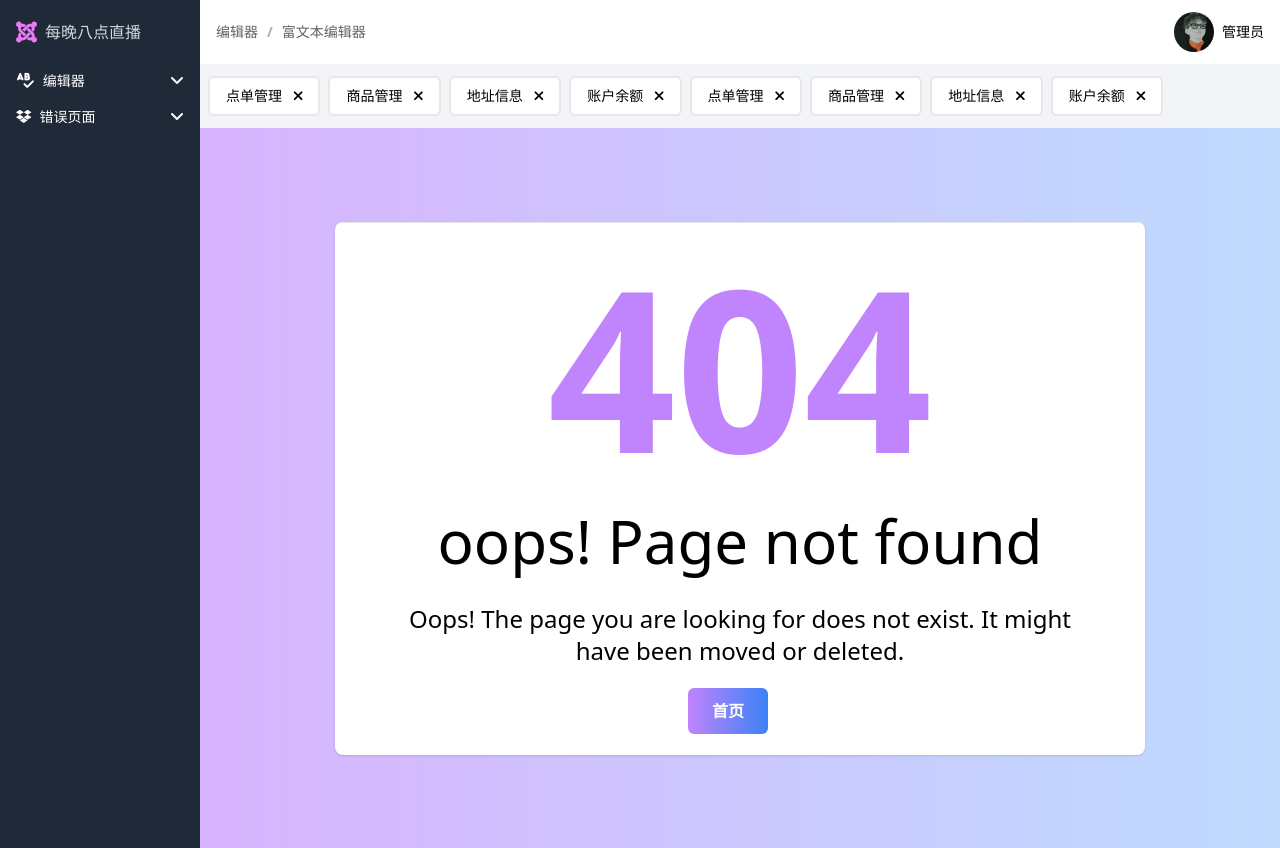
Repository: liangyingbo/vite-vue-TS
Page: /#/error/404
The author's editor kept a copy of each file at every save. The page is drawn from the files as they stood at one save, then again after a run of saves.
The browser window is 1280 px wide. The pictures show the whole page.
The project was rebuilt for these pictures with package versions that can differ from the ones it lists, and the page was loaded fresh each time. Also part of the build but not shown: vite.config.ts, src/components/form/HdButton.vue, src/components/form/HdInput.vue, src/components/form/hdLink.vue, src/styles/global.scss.

Above is the page before, as saved 2022-11-20 11:52:43.

### index.html
<!DOCTYPE html>
<html lang="en">
  <head>
    <meta charset="UTF-8" />
    <link rel="icon" type="image/svg+xml" href="/vite.svg" />
    <meta name="viewport" content="width=device-width, initial-scale=1.0" />
    <link href="https://cdn.bootcdn.net/ajax/libs/font-awesome/6.2.0/css/all.css" rel="stylesheet">
    <title>Vite + Vue + TS</title>
  </head>
  <body>
    <div id="app"></div>
    <script src="https://cdn.bootcdn.net/ajax/libs/echarts/5.4.0/echarts.min.js"></script>
    <script type="module" src="/src/main.ts"></script>
  </body>
</html>

### src/main.ts
import { createApp } from 'vue'
import router, { setupRouter } from '@/router'
import { setupPlugins } from '@/plugins'
import '@/styles/global.scss'
import App from './App.vue'

async function bootstrap() {
    const app = createApp(App)
    setupRouter(app)
    setupPlugins(app)
    await router.isReady()
    app.mount('#app')
}
bootstrap()

### src/router/index.ts
import { App } from 'vue';
import { createRouter, createWebHashHistory } from 'vue-router'
import routes from './routes';
import layoutRoutes from './autoLoad/index';
import guard from './guard';
const router = createRouter({
    history: createWebHashHistory(),
    routes : [...routes,...layoutRoutes]
})
export function setupRouter(app:App){

    guard(router)
    app.use(router)
}

export default router;

### src/plugins/index.ts
import { App } from "vue";
import setupElementPlus from "./elementPlusUI";
import setupPinia from "./pinia";
import { setupTailWindCssPlugin } from "./tailwindcss";

export function setupPlugins(app: App) {
    autoRegisterComponent(app)
    setupTailWindCssPlugin()
    setupElementPlus(app)
    setupPinia(app)
}



function autoRegisterComponent(app: App) {
    const components = import.meta.glob('../components/form/*.vue', { eager: true })
    Object.keys(components).forEach(key => {
        const name = key.split('/').pop()?.split('.')[0] as string

        app.component(name, components[key]?.default)

    })
}

### src/App.vue
<script setup lang="ts">

// import {info} from '@/apis/userApi'

//const response =  info()
// console.log(response.then(res=>res.data.age))
// console.log()

 </script>

 <template>

    <router-view ></router-view>
 </template>

<style scoped>
</style>

### src/router/routes.ts
import { RouteRecordRaw } from "vue-router"
 const routes = [
    {
        path:'/home',
        name:'home',
        component:() => import("@/views/home.vue"),
        meta:{auth:true}
    },
    {
        path:'/login',
        name:'login',
        component:() => import("@/views/auth/login.vue"),
        meta:{guest:true}
    }
]  as  RouteRecordRaw[]

export default routes

### src/router/autoLoad/index.ts
import { RouteRecordRaw } from "vue-router";
import autoLoadRoutesByModule from "./module";
import getRoutes from './view'

let routes = [] as RouteRecordRaw[];

if (import.meta.env.VITE_AUTOLOAD === true || import.meta.env.VITE_AUTOLOAD === 'true') {
    routes = getRoutes()
} else {
    routes = autoLoadRoutesByModule()
}
export default routes

### src/router/guard.ts
import { RouteLocationNormalized, Router } from "vue-router"
import { get } from '../utils/store'

class Guard {
    constructor(private router: Router) { }

    private forEach(to: RouteLocationNormalized, from: RouteLocationNormalized) {
        if (this.isLogin(to) === false) return { name: 'login' }
        if (this.isGuest(to) === false) return from
    }

    public run() { this.router.beforeEach(this.forEach.bind(this)) }

    private isLogin(route: RouteLocationNormalized) {
        console.log(route.meta)
        return Boolean(!route.meta.auth || (route.meta.auth && this.token()))
    }
    private isGuest(route: RouteLocationNormalized) {
        return Boolean(!route.meta.guest || (route.meta.guest && !this.token()))
    }

    private token(): string | null {
        const token = get('token')?.token
        return token
    }
}

export default (router: Router) => {
    new Guard(router).run()
}

### src/plugins/elementPlusUI/index.ts
import { App } from "vue";
import ElementPlus from 'element-plus'
import 'element-plus/dist/index.css'


export default function setupElementPlus(app: App) {
    app.use(ElementPlus)
}

### src/plugins/pinia/index.ts
import { App } from "vue";
import { createPinia } from 'pinia'

export default function setupPinia(app: App) {
    app.use(createPinia())
}

### src/plugins/tailwindcss/index.ts
import './tailwindcss.css'

export function setupTailWindCssPlugin(){

}

### src/router/autoLoad/module.ts
import { RouteRecordRaw } from "vue-router"

export default function autoLoadRoutesByModule() {
    const moduleRoute = import.meta.glob('../module/*.ts',{eager:true})
    const route = [] as RouteRecordRaw[]
    Object.keys(moduleRoute).forEach(key =>{
        route.push(moduleRoute[key]?.default)
    })
    return route
}

### src/router/autoLoad/view.ts
import { RouteRecordRaw } from "vue-router";


const layout = import.meta.glob('../../layouts/*vue')
const children = import.meta.glob('../../views/**/*.vue')

function getRoutes() {
    const layoutRoutes = [] as RouteRecordRaw[]
     Object.entries(layout).forEach(([file, module]) => {
        const route = getRouteByModule(file, module)
         route.children = getChildrenRoutes(route)
        layoutRoutes.push(route)
    })
    return layoutRoutes
}


// 根据布局路由匹配子路由
function getChildrenRoutes(layoutRoute: RouteRecordRaw) {
    const routes = [] as RouteRecordRaw[]
    Object.entries(children).forEach(([file, module]) => {
        if (file.includes(`../views/${layoutRoute.name as string}`)) {
            const route = getRouteByModule(file, module)
            routes.push(route)
        }
    })
    return routes
}

function getRouteByModule(file: string, module: () => Promise<unknown>) {
    const name = file.replace(/.+layouts\/|.+views\/|\.vue/gi, '')
    const route = {
        name: name.replace('/', '.'),
        path: `/${name}`,
        component: module
    } as RouteRecordRaw
    console.log(route)
    return route
}
export default getRoutes

### src/utils/store.ts

interface IData  {
    expire:number,
    [key: string]: any
}

function set(key: string,data:IData):void {
    if(data.expire){
        const now = new Date().getTime()
        data.expire = now + data.expire * 1000
        localStorage.setItem(key,JSON.stringify(data))
    }
}

function get(key:string):IData | null{
  const item = localStorage.getItem(key)
  if(item){
    const  data = JSON.parse(item)
    if(data?.expire){
            if(data.expire < new Date().getTime()){
                localStorage.removeItem(key)
                return null
            }
            return data
    }
    return null
  }
  return null
}

export  {set ,get}

### src/router/module/admin.ts
import { RouteRecordRaw } from "vue-router";

export default {
    name:'admin',
    path:'/admin',
    component: () => import('@/layouts/admin.vue'),
    meta:{auth:true},
    children:[
        {
            name:'admin/home',
            path:'home',
            component:() => import("@/views/admin/home.vue")
        }
    ]
} as RouteRecordRaw

### src/router/module/editor.ts
import { RouteRecordRaw } from "vue-router";

export default {
    name: 'editor',
    path: '/editor',
    component: () => import('@/layouts/editor.vue'),
    meta: { title: '编辑器', icon: 'fas fa-spell-check', show: true },
    children: [
        {
            name: 'editor/markdown',
            path: 'markdown',
            component: () => import("@/views/editor/markdown.vue"),
            meta: { title: 'markdown', show: true },
        },
        {
            name: 'editor/base',
            path: 'base',
            component: () => import("@/views/editor/base.vue")
        },
    ]
} as RouteRecordRaw

### src/router/module/errors.ts
import { RouteRecordRaw } from "vue-router";

export default {
    name: 'error',
    path: '/error',
    component: () => import('@/layouts/admin.vue'),
    meta: { show: true, title: '错误页面', icon: 'fab fa-dropbox' },
    children: [
        {
            name: 'error.404',
            path: '404',
            component: () => import("@/views/errors/404.vue"),
            meta: { show: true, title: '404页面', icon: 'fab fa-dropbox' },
        },
        {
            name: 'error.403',
            path: '403',
            component: () => import("@/views/errors/403.vue")
        },
        {
            name: 'error.500',
            path: '500',
            component: () => import("@/views/errors/500.vue")
        }
    ]
} as RouteRecordRaw

### src/layouts/admin.vue
<template>
  <div class="admin w-screen min-h-screen flex overflow-hidden">
    <menu-component class="hidden md:block"/>
    <div class="bg-gray-100 flex-1">
      <navbar />
      <HistoryLink class="hidden md:block"/>
      <div class="mt-3 px">
        <router-view></router-view>
      </div>
    </div>
  </div>
</template>

<script lang="ts" setup>
import HistoryLink from "./admin/historyLink.vue";
import menuComponent from "./admin/menu.vue";
import navbar from "./admin/navbar.vue";
</script>

<style lang="scss" scoped></style>

### src/views/errors/404.vue
<template>
    <div>
    <div class="bg-gradient-to-r from-purple-300 to-blue-200">
      <div class="m-auto flex min-h-screen w-9/12 items-center justify-center py-16">
        <div class="overflow-hidden bg-white pb-8 shadow sm:rounded-lg">
          <div class="border-t border-gray-200 pt-8 text-center">
            <h1 class="text-9xl font-bold text-purple-400">404</h1>
            <h1 class="py-8 text-6xl font-medium">oops! Page not found</h1>
            <p class="px-12 pb-8 text-2xl font-medium">
              Oops! The page you are looking for does not exist. It might have been moved or
              deleted.
            </p>
            <router-link
              class="mr-6 rounded-md bg-gradient-to-r from-purple-400 to-blue-500 px-6 py-3 font-semibold text-white hover:from-pink-500 hover:to-orange-500"
            >
            首页
            </router-link>

          </div>
        </div>
      </div>
    </div>

    </div>
</template>

<script lang="ts" setup></script>

<style lang="scss" scoped>
    .text-9xl {
        font-size: 14rem;
      }
      @media (max-width: 645px) {
        .text-9xl {
          font-size: 5.75rem;
        }
        .text-6xl {
          font-size: 1.75rem;
        }
        .text-2xl {
          font-size: 1rem;
          line-height: 1.2rem;
        }
        .py-8 {
          padding-top: 1rem;
          padding-bottom: 1rem;
        }
        .px-6 {
          padding-left: 1.2rem;
          padding-right: 1.2rem;
        }
        .mr-6 {
          margin-right: 0.5rem;
        }
        .px-12 {
          padding-left: 1rem;
          padding-right: 1rem;
        }
    }
</style>

### src/layouts/admin/historyLink.vue
<template>
  <div>
    <div class="mt-3 ml-2 grid grid-flow-col justify-start gap-2">
      <a
        v-for="(l, index) of list"
        :key="index"
        href=""
        class="bg-white border-2 px-4 py-2 rounded-md cursor-pointer text-sm"
        >{{ l.title }}
        <i class="fas fa-xmark ml-2"></i>
      </a>
    </div>
  </div>
</template>

<script lang="ts" setup>
import { ref } from "vue";

const list = ref<{ title: string }[]>([
  {
    title: "点单管理",
  },
  {
    title: "商品管理",
  },
  {
    title: "地址信息",
  },
  {
    title: "账户余额",
  },
  {
    title: "点单管理",
  },
  {
    title: "商品管理",
  },
  {
    title: "地址信息",
  },
  {
    title: "账户余额",
  },
]);
</script>

<style lang="scss" scoped></style>

### src/layouts/admin/menu.vue
<template>
      <div class="w-[200px] py-2 bg-gray-800">
      <div class="text-white flex items-center py-2 px-4">
        <i class="fab fa-joomla text-2xl text-fuchsia-400 mr-2"></i>
        <span class="text-base text-gray-300">每晚八点直播</span>
      </div>
      <div class="left-container">
        <dl v-for="(route, index) of routerStore.routes" :key="index">
          <dt @click="handle(route)">
            <div>
              <i :class="route.meta.icon" class="text-[15px]"></i>
              <span class="ml-2 text-[14px]">{{ route.meta.title }}</span>
            </div>
            <i class="fas fa-angle-down duration-500" :class="{'rotate-180':route.meta.isClick}" ></i>
          </dt>
          <dd
            v-show="route.meta.isClick"
            :class="{ active: routeChild.meta?.isClick }"
            v-for="(routeChild, key) in route.children"
            :key="key"
            @click="handle(route,routeChild)"
          >
            {{ routeChild.meta?.title }}
          </dd>
        </dl>
      </div>
    </div>
</template>


<script lang="ts" setup>
import { ref } from "vue";
import { router } from '@/store/router';
import { RouteRecordNormalized, RouteRecordRaw, useRouter } from "vue-router";

const routerStore = router()
const routerServer = useRouter()


const handle = (pRoute: RouteRecordNormalized , cRoute?:RouteRecordRaw ) => {
  resetMenu();
  pRoute.meta.isClick = true;
  if(cRoute && cRoute.meta){
    cRoute.meta.isClick = true;
    console.log(cRoute)
    routerServer.push(cRoute)

  }
};

const resetMenu = () => {
  routerStore.routes.forEach(route => {
    route.meta.isClick = false;
    route.children?.forEach(route => {
     if(route.meta) route.meta.isClick = false
    });
  });
};
</script>


<style lang="scss" scoped>
.admin {
  .left-container {
    dl {
      @apply text-white mt-3 mx-4;
      dt {
        @apply flex justify-between items-center cursor-pointer;
      }
      dd {
        @apply my-2 px-4 py-2 rounded-md text-gray-200 cursor-pointer  hover:bg-violet-600 duration-300 text-sm;
        &.active {
          @apply bg-violet-400;
        }
      }
    }
  }
}
</style>

### src/layouts/admin/navbar.vue
<template>
  <div class="flex justify-between px-4 py-3 bg-white">
    <el-breadcrumb separator="/" class="flex items-center">
      <el-breadcrumb-item>编辑器</el-breadcrumb-item>
      <el-breadcrumb-item>富文本编辑器</el-breadcrumb-item>
    </el-breadcrumb>
    <div class="flex items-center justify-center relative group">
      <img src="images/avatar.jpg" class="w-10 h-10 rounded-full" />
      <span class="text-sm ml-2">管理员</span>

      <section
        class="group-hover:block absolute px-2 py-2 top-full whitespace-nowrap cursor-pointer border-2 rounded-md border-gray-500 hidden"
      >
        <div class="flex items-center border-2 b">
          <i class="fab fa-github-alt mr-2 text-lg"></i>
          <a class="text-sm text-gray-600">网站首页</a>
        </div>
        <div class="flex items-center">
          <i class="fab fa-github-alt mr-2 text-lg"></i>
          <a class="text-sm text-gray-600">用户中心</a>
        </div>
        <div class="flex items-center">
          <i class="fab fa-github-alt mr-2 text-lg"></i>
          <a class="text-sm text-gray-600">会员中心</a>
        </div>
      </section>
    </div>
  </div>
</template>

<script lang="ts" setup></script>

<style lang="scss" scoped></style>

### src/store/router.ts
import { defineStore } from 'pinia'
import { useRouter } from 'vue-router'


export const router = defineStore('router', {
    state: () => {
        return {
            routes: getRoutes()
        }
    },
})

function getRoutes() {
    const router = useRouter()
    const  routes = router.getRoutes().filter(route => route.children.length >0 && route.meta.show).map(route => {
       route.children =  route.children.filter(c=>c.meta?.show)

       return route
    })
    return routes.filter(route => route.children.length)
}

Loaded but not shown: src/plugins/tailwindcss/tailwindcss.css (common file); tailwind.config.cjs (common file)

After the next 3 saves:
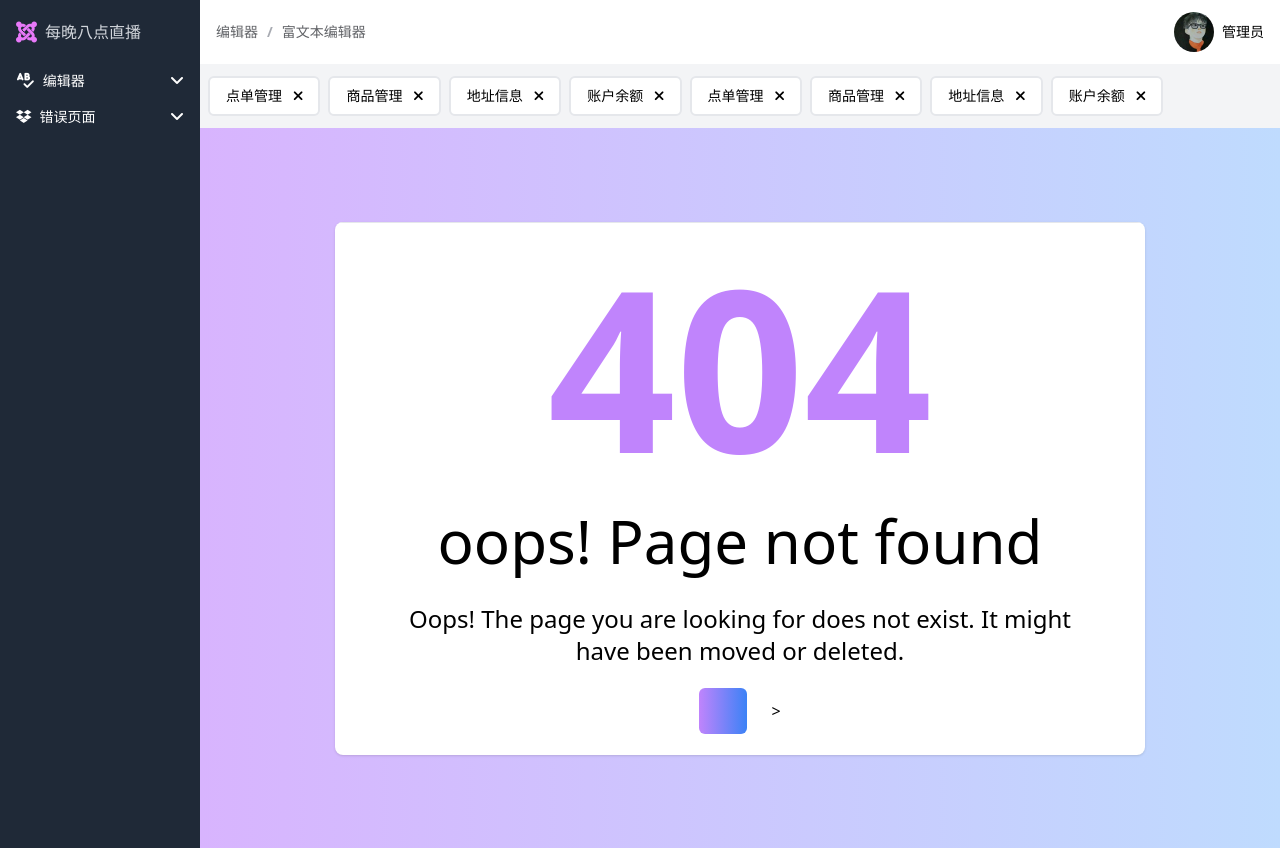
The 3 saves are shown as one change because 2 did not build or start.
The last was saved 43 s later.
--- a/src/views/errors/404.vue
+++ b/src/views/errors/404.vue
@@ -10,11 +10,10 @@
               Oops! The page you are looking for does not exist. It might have been moved or
               deleted.
             </p>
-            <router-link
-              class="mr-6 rounded-md bg-gradient-to-r from-purple-400 to-blue-500 px-6 py-3 font-semibold text-white hover:from-pink-500 hover:to-orange-500"
+            <router-link  to=""             class="mr-6 rounded-md bg-gradient-to-r from-purple-400 to-blue-500 px-6 py-3 font-semibold text-white hover:from-pink-500 hover:to-orange-500"
+></router-link>
             >
-            首页
-            </router-link>
+
 
           </div>
         </div>
